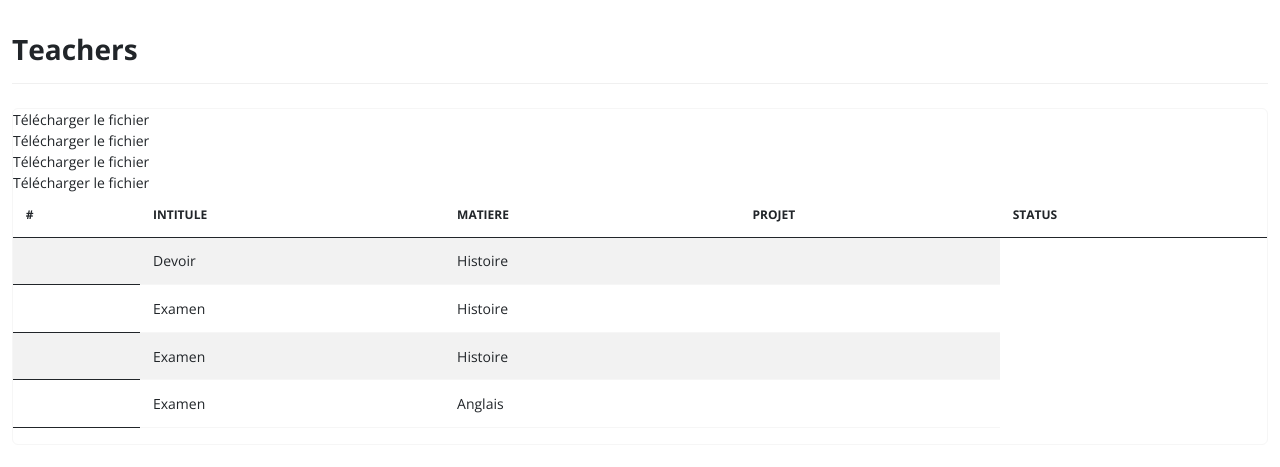
Repository: dimitri0004/Moodle
Page: http://localhost/enseignant/projet/
The author's editor kept a copy of each file at every save. The page is drawn from the files as they stood at one save, then again after the next save.
The browser window is 1280 px wide. The pictures show the whole page.
The page is served by the project's application, run on Django 4.2 (manage.py). Other server files are loaded and not shown. The database holds what the project's SQL file puts in it.

Above is the page before, as saved 2023-08-18 00:48:07.
Console error: TypeError: Cannot set properties of null (setting 'innerHTML')

### templates/Enseignant/index.html
{% extends "base.html" %}
{% block content %}

<div class="body d-flex py-lg-3 py-md-2">
    <div class="container-xxl">
        <div class="row">
            <div class="col-md-12">
                <div class="card border-0 mb-4 no-bg">
                    <div class="card-header py-3 px-0 d-flex align-items-center  justify-content-between border-bottom">
                        <h3 class=" fw-bold flex-fill mb-0">Teachers</h3>
                        <div class="dropdown px-2">
                            <button class="btn btn-primary dropdown-toggle" type="button" id="dropdownMenuButton1" data-bs-toggle="dropdown" aria-expanded="false">
                                Subject
                            </button>
                            <ul class="dropdown-menu  dropdown-menu-end" aria-labelledby="dropdownMenuButton1">
                              <li><a class="dropdown-item" href="#">Engineering</a></li>
                              <li><a class="dropdown-item" href="#">Power and Energy</a></li>
                              <li><a class="dropdown-item" href="#">Civil Law</a></li>
                              <li><a class="dropdown-item" href="#">Legal Advice</a></li>
                              <li><a class="dropdown-item" href="#">Health and Fitness</a></li>
                              <li><a class="dropdown-item" href="#">Hospitality</a></li>
                              <li><a class="dropdown-item" href="#">Aviation</a></li>
                              <li><a class="dropdown-item" href="#">Drawing</a></li>
                            </ul>
                        </div>
                        <div class="dropdown">
                            <button class="btn btn-primary dropdown-toggle" type="button" id="dropdownMenuButton2" data-bs-toggle="dropdown" aria-expanded="false">
                                Status
                            </button>
                            <ul class="dropdown-menu  dropdown-menu-end" aria-labelledby="dropdownMenuButton1">
                              <li><a class="dropdown-item" href="#">All</a></li>
                              <li><a class="dropdown-item" href="#">online</a></li>
                              <li><a class="dropdown-item" href="#">Popular</a></li>
                            </ul>
                        </div>
                    </div>
                </div>
            </div>
        </div>
        <div class="">
            <div class="col">
                <div class="card teacher-card">

                    <table class="table table-striped">
                        <thead>
                          <tr>
                            <th scope="col">#</th>
                            <th scope="col">Intitule</th>
                            <th scope="col">Matiere</th>
                            <th scope="col">Projet</th>
                            <th scope="col">Status</th>
                          </tr>
                        </thead>
                        <tbody>
                            {% for projet in Projets %}
                            <tr>
                                <th scope="row">{{ loop.index  }}</th>
                                <td>{{ projet.intitule }}</td>
                                <td>{{ projet.matiere }}</td>
                                <a href="{{ projet.fichier.url }}" download>Télécharger le fichier</a>
                                <td>{{ projet.status }}</td>
                              </tr>
                            {% endfor %}


                        </tbody>
                      </table>

            </div>
        </div>
    </div>
</div>

<!-- Modal Members-->
<div class="modal fade" id="addUser" tabindex="-1" aria-labelledby="addUserLabel" aria-hidden="true">
    <div class="modal-dialog modal-dialog-centered modal-lg">
    <div class="modal-content">
        <div class="modal-header">
            <h5 class="modal-title  fw-bold" id="addUserLabel">Invite Friend's</h5>
            <button type="button" class="btn-close" data-bs-dismiss="modal" aria-label="Close"></button>
        </div>
        <div class="modal-body">
            <div class="inviteby_email">
                <div class="input-group mb-3">
                    <input type="text" class="form-control" placeholder="Members Invite" aria-label="Recipient's username" aria-describedby="button-addon2">
                    <button class="btn btn-dark" type="button" id="button-addon2">Members Invite</button>
                </div>
            </div>
            <div class="members_list">
                <h6 class="fw-bold ">Members of e-Learn</h6>
                <ul class="list-unstyled list-group list-group-custom list-group-flush mb-0">

                </ul>
            </div>
        </div>
    </div>
    </div>
</div>

{% endblock %}

### templates/base.html
{% load static %}
<!DOCTYPE html>
<html lang="en">
<head>
    <meta charset="UTF-8">
    <meta name="viewport" content="width=device-width, initial-scale=1.0">
    <title>Document</title>

    <link rel="icon" href="favicon.ico" type="image/x-icon"> <!-- Favicon-->

    <!-- plugin css file  -->
    <link rel="stylesheet" href="{% static 'assets/css/carousel.min.css' %}" />
    <!-- project css file  -->
    <link rel="stylesheet" href="{% static 'assets/css/e-learn.style.min.css' %}">
    <!-- Google Code  -->
    <script async src="https://www.googletagmanager.com/gtag/js?id=UA-264428387-1"></script>
    <script>
      window.dataLayer = window.dataLayer || [];
      function gtag(){dataLayer.push(arguments);}
      gtag('js', new Date());

      gtag('config', 'UA-264428387-1');
    </script>

    <script src="{% static 'assets/bundles/libscripts.bundle.js' %}"></script>

    <!-- Plugin Js-->
    <script src="{% static 'assets/bundles/carousel.bundle.js' %}"></script>
    <script src="{% static 'assets/bundles/apexcharts.bundle.js' %}"></script>

    <!-- Jquery Page Js -->
    <script src="{% static 'js/template.js' %}"></script>
    <script src="{% static 'js/page/elearn-index.js' %}"></script>
</head>
<body>
   {% if user.is_authenticated %}

    {% include "_partiels/nav.html" %}
   {% endif %}


    {% block content %}{% endblock %}
</body>
</html>

### AppEcole/models.py
from django.db import models
from django.contrib.auth.models import AbstractUser
class User(AbstractUser):
    ETUDIANT= " ETUDIANT"
    ENSEIGNANT="ENSEIGNANT"
    ADMINISTRATEUR=" ADMINISTRATEUR"

    ROLE_CHOICES = (
        ('ETUDIANT', 'Etudiant'),
        ('ENSEIGNANT', 'Enseignant'),
        ('ADMINISTRATEUR', 'Administrateur'),
    )

    role = models.CharField(max_length=30, choices=ROLE_CHOICES, verbose_name='Rôle')
    birthdate = models.DateField(null=True, blank=False)
    identifiant = models.CharField(max_length=20, null=True, blank=False)

    def __str__(self):
        return self.username

class Devoir(models.Model):

    STATUT_CHOICES = [
        ('en_cours', 'En cours'),
        ('soumis', 'Soumis'),
        ('corrigé', 'Corrige'),
        ('traité', 'Traite'),
        ('archivé', 'Archivé'),
    ]
    intitule=models.CharField(max_length=255)
    matiere=models.CharField(max_length=255)
    statut = models.CharField(max_length=20, choices=STATUT_CHOICES)
    projet = models.FileField(upload_to='projets')

    def __str__(self):
        return self.intitule


# Create your models here.

### AppEcole/views.py
from django.shortcuts import render,redirect
from django.core.validators import validate_email
from django.contrib.auth.models import User
from django.db.models import Q
from django.contrib.auth.decorators import login_required
from django.contrib.auth import authenticate, login, logout
from .forms import ProjetForm
from django.contrib.auth import get_user_model
from .models import Devoir

def index(request):
    return render(request,'index.html')

def inscription(request):
    error = False
    message = ""

    if request.method == "POST":
        username = request.POST.get('username')
        email = request.POST.get('email')
        nom = request.POST.get('nom')
        prenom = request.POST.get('prenom')
        password = request.POST.get('password')
        confirmePassword = request.POST.get('confirmePassword')
        role = request.POST.get('role')
        identifiant = request.POST.get('identifiant')
        date = request.POST.get('date')# Récupérer le rôle du formulaire

        try:
            validate_email(email)
        except:
            error = True
            message = "Entrer un email valide svp"

        User = get_user_model()  # Obtenir le modèle utilisateur personnalisé

        user = User.objects.filter(Q(email=email) | Q(username=username)).first()
        if user:
            error = True
            message = f"L'email {email} ou le nom d'utilisateur {nom} est déjà utilisé par un utilisateur"

        if password != confirmePassword:
            error = True
            message = "Les deux mots de passe ne sont pas identiques"

        if error == False:
            user = User(

                username=username,
                email=email,
                last_name=nom,
                first_name=prenom,
                identifiant=identifiant,
                role=role,
                birthdate=date# Enregistrer le rôle dans le modèle
            )
            user.set_password(password)
            user.save()
            return redirect('acceuil')

    context = {
        'error': error,
        'message': message
    }
    return render(request, 'Utilisateur/inscription.html', context)

def connexion(request):
    error=False
    message=""
    if request.method=="POST":

        email=request.POST.get('email', None)
        password=request.POST.get('password', None)

        User = get_user_model()
        user=User.objects.filter(email=email).first()
        if user:
            user=authenticate(username=user.username, password=password)
            if user:
                login(request, user)
                return redirect('acceuil')
            else:
                error=True
                message="mot de passe  incorrecte"
        else:
            error=True
            message="l'utilisateur n'existe pas"
    return render(request, 'Utilisateur/connexion.html', {'error':error, 'message':message})

def ajouter_projet(request):
    if request.method == 'POST':
        form = ProjetForm(request.POST, request.FILES)
        if form.is_valid():
            form.save()
            return redirect('ajouter_projet')  # Rediriger vers la liste des projets
    else:
        form = ProjetForm()

    context = {'form': form}
    return render(request, 'Enseignant/projet.html', context)

def liste_projets(request):
    projets = Devoir.objects.all()
    return render(request, 'Enseignant/index.html', {'Projets': projets})


def deconnexion(request):
    logout(request)
    return redirect('login')
# Create your views here.

### MoodleProject/urls.py
"""
URL configuration for MoodleProject project.

The `urlpatterns` list routes URLs to views. For more information please see:
    https://docs.djangoproject.com/en/4.2/topics/http/urls/
Examples:
Function views
    1. Add an import:  from my_app import views
    2. Add a URL to urlpatterns:  path('', views.home, name='home')
Class-based views
    1. Add an import:  from other_app.views import Home
    2. Add a URL to urlpatterns:  path('', Home.as_view(), name='home')
Including another URLconf
    1. Import the include() function: from django.urls import include, path
    2. Add a URL to urlpatterns:  path('blog/', include('blog.urls'))
"""
from django.contrib import admin
from django.urls import path,include
from django.conf import settings
from django.conf.urls.static import static


urlpatterns = [
    path('admin/', admin.site.urls),
    path('', include('AppEcole.urls')),
]
if settings.DEBUG:
    urlpatterns += static(settings.MEDIA_URL,
    document_root=settings.MEDIA_ROOT)

### AppEcole/urls.py
from django.urls import path
from .views import index, inscription, connexion,ajouter_projet,deconnexion,liste_projets
urlpatterns = [
    path('acceuil', index, name='acceuil'),
    path('inscription/', inscription, name='register'),
    path('', connexion, name='login'),
    path('deconnexion/', deconnexion, name='logout'),
    path('enseignant/projet/ajouter', ajouter_projet, name='ajouter_projet'),
    path('enseignant/projet/', liste_projets, name='liste_projet'),


]

### static/assets/css/carousel.min.css
.owl-carousel,.owl-carousel .owl-item{-webkit-tap-highlight-color:transparent;position:relative}.owl-carousel{display:none;width:100%;z-index:1}.owl-carousel .owl-stage{position:relative;-ms-touch-action:pan-Y;-moz-backface-visibility:hidden}.owl-carousel .owl-stage:after{content:".";display:block;clear:both;visibility:hidden;line-height:0;height:0}.owl-carousel .owl-stage-outer{position:relative;overflow:hidden;-webkit-transform:translate3d(0, 0, 0)}.owl-carousel .owl-item,.owl-carousel .owl-wrapper{-webkit-backface-visibility:hidden;-moz-backface-visibility:hidden;-ms-backface-visibility:hidden;-webkit-transform:translate3d(0, 0, 0);-moz-transform:translate3d(0, 0, 0);-ms-transform:translate3d(0, 0, 0)}.owl-carousel .owl-item{min-height:1px;float:left;-webkit-backface-visibility:hidden;-webkit-touch-callout:none}.owl-carousel .owl-item img{display:block;width:100%}.owl-carousel .owl-dots.disabled,.owl-carousel .owl-nav.disabled{display:none}.no-js .owl-carousel,.owl-carousel.owl-loaded{display:block}.owl-carousel .owl-dot,.owl-carousel .owl-nav .owl-next,.owl-carousel .owl-nav .owl-prev{cursor:pointer;cursor:hand;-webkit-user-select:none;-khtml-user-select:none;-moz-user-select:none;-ms-user-select:none;user-select:none}.owl-carousel.owl-loading{opacity:0;display:block}.owl-carousel.owl-hidden{opacity:0}.owl-carousel.owl-refresh .owl-item{visibility:hidden}.owl-carousel.owl-drag .owl-item{-webkit-user-select:none;-moz-user-select:none;-ms-user-select:none;user-select:none}.owl-carousel.owl-grab{cursor:move;cursor:grab}.owl-carousel.owl-rtl{direction:rtl}.owl-carousel.owl-rtl .owl-item{float:right}.owl-carousel .animated{animation-duration:1s;animation-fill-mode:both}.owl-carousel .owl-animated-in{z-index:0}.owl-carousel .owl-animated-out{z-index:1}.owl-carousel .fadeOut{animation-name:fadeOut}@keyframes fadeOut{0%{opacity:1}100%{opacity:0}}.owl-height{transition:height .5s ease-in-out}.owl-carousel .owl-item .owl-lazy{opacity:0;transition:opacity .4s ease}.owl-carousel .owl-item img.owl-lazy{transform-style:preserve-3d}.owl-carousel .owl-video-wrapper{position:relative;height:100%;background:#000}.owl-carousel .owl-video-play-icon{position:absolute;height:80px;width:80px;left:50%;top:50%;margin-left:-40px;margin-top:-40px;background:url(owl.video.play.html) no-repeat;cursor:pointer;z-index:1;-webkit-backface-visibility:hidden;transition:transform .1s ease}.owl-carousel .owl-video-play-icon:hover{-ms-transform:scale(1.3, 1.3);transform:scale(1.3, 1.3)}.owl-carousel .owl-video-playing .owl-video-play-icon,.owl-carousel .owl-video-playing .owl-video-tn{display:none}.owl-carousel .owl-video-tn{opacity:0;height:100%;background-position:center center;background-repeat:no-repeat;background-size:contain;transition:opacity .4s ease}.owl-carousel .owl-video-frame{position:relative;z-index:1;height:100%;width:100%}

### static/js/template.js
if (typeof jQuery === "undefined") {
    throw new Error("jQuery plugins need to be before this file");
}

$(function() {
    "use strict";

    // main sidebar toggle js
    $('.menu-toggle').on('click', function () {
        $('.sidebar').toggleClass('open');
        $('.open').removeClass('sidebar-mini');
    });

    // layout a sidebar mini version
    $('.sidebar-mini-btn').on('click', function () {
        $('.sidebar').toggleClass('sidebar-mini');
        $('.sidebar-mini').removeClass('open');
    });

    // chat page chatlist toggle js
    $('.chatlist-toggle').on('click', function () {
        $('.card-chat').toggleClass('open');
    });

    $(".theme-rtl input").on('change',function() {
        if(this.checked) {
            $("body").addClass('rtl_mode');
        }else{
            $("body").removeClass('rtl_mode');
        }

    });

    // cSidebar overflow daynamic height

    overFlowDynamic();

    $(window).resize(function(){
        overFlowDynamic();
    });

    function overFlowDynamic(){
        var sideheight=$(".sidebar.sidebar-mini").height() + 48;

        if(sideheight <= 760) {
            $(".sidebar.sidebar-mini").css( "overflow", "scroll");
        }
        else{
            $(".sidebar.sidebar-mini").css( "overflow", "visible");
        }
    }


    // Dropdown scroll hide using table responsive

    $('.table-responsive').on('show.bs.dropdown', function () {
        $('.table-responsive').css( "overflow", "inherit" );
    });

    $('.table-responsive').on('hide.bs.dropdown', function () {
            $('.table-responsive').css( "overflow", "auto" );
    })

    // light and dark theme setting js
    var toggleSwitch = document.querySelector('.theme-switch input[type="checkbox"]');
    var toggleHcSwitch = document.querySelector('.theme-high-contrast input[type="checkbox"]');
    var currentTheme = localStorage.getItem('theme');
    if (currentTheme) {
        document.documentElement.setAttribute('data-theme', currentTheme);

        if (currentTheme === 'dark') {
            toggleSwitch.checked = true;
        }
        if (currentTheme === 'high-contrast') {
            toggleHcSwitch.checked = true;
            toggleSwitch.checked = false;
        }
    }
    function switchTheme(e) {
        if (e.target.checked) {
            document.documentElement.setAttribute('data-theme', 'dark');
            localStorage.setItem('theme', 'dark');
            $('.theme-high-contrast input[type="checkbox"]').prop("checked", false);
        }
        else {
            document.documentElement.setAttribute('data-theme', 'light');
            localStorage.setItem('theme', 'light');
        }
    }
    toggleSwitch.addEventListener('change', switchTheme, false);
    // end
});

// live support team js
$(function() {
    "use strict";
    var Tawk_API=Tawk_API||{}, Tawk_LoadStart=new Date();
    (function(){
        var s1=document.createElement("script"),s0=document.getElementsByTagName("script")[0];
        s1.async=true;
        s1.src='https://embed.tawk.to/6051a040f7ce18270930e55a/1f0vdjvfu';
        s1.charset='UTF-8';
        s1.setAttribute('crossorigin','*');
        s0.parentNode.insertBefore(s1,s0);
    })();
});

### static/js/page/elearn-index.js
if (typeof jQuery === "undefined") {
    throw new Error("jQuery plugins need to be before this file");
}
$(function() {
    "use strict";
    var tooltipTriggerList = [].slice.call(document.querySelectorAll('[data-bs-toggle="tooltip"]'))
    var tooltipList = tooltipTriggerList.map(function (tooltipTriggerEl) {
        return new bootstrap.Tooltip(tooltipTriggerEl)
    })

    /*****Owl Slider************/
    $(document).ready(function(){
        $('.owl-carouselone').owlCarousel({
            stagePadding: 30,
            loop:true,
            margin:10,
            nav:true,
            navText: ["<img src='../dist/assets/images/stylish-left.png'>","<img src='../dist/assets/images/stylish-right.png'>"],
            responsive:{
                0:{
                    items:1
                },
                480:{
                    items:3
                },
                600:{
                    items:3
                },
                740:{
                    items:6
                },
                1000:{
                    items:2
                },
                1100:{
                    items:3
                },
                1400:{
                    items:3
                },
                1500:{
                    items:4
                }
            }
        })

        $('.owl-carouseltwo').owlCarousel({
            loop:true,
            margin:5,
            autoplay:true,
            autoplayTimeout:4000,
            autoplayHoverPause:true,
            responsive:{
                0:{
                    items:1
                },
                480:{
                    items:1
                },
                600:{
                    items:1
                },
                1000:{
                    items:2
                },
                1100:{
                    items:2
                },
                1400:{
                    items:3
                }
            }
        })
    });

    // basic-column
    $(document).ready(function() {
        var options = {
            chart: {
                height: 350,
                type: 'bar',
            },
            colors: ['var(--chart-color1)', 'var(--chart-color2)', 'var(--chart-color4)'],
            plotOptions: {
                bar: {
                    horizontal: false,
                    columnWidth: '55%',
                    endingShape: 'rounded'
                },
            },
            dataLabels: {
                enabled: false
            },
            stroke: {
                show: true,
                width: 2,
                colors: ['transparent']
            },
            series: [{
                name: 'Listening',
                data: [44, 55, 57, 56, 61, 58, 63, 60, 66]
            }, {
                name: 'Writing',
                data: [76, 85, 101, 98, 87, 105, 91, 114, 94]
            }, {
                name: 'Video View',
                data: [35, 41, 36, 26, 45, 48, 52, 53, 41]
            }],
            xaxis: {
                categories: ['Feb', 'Mar', 'Apr', 'May', 'Jun', 'Jul', 'Aug', 'Sep', 'Oct'],
            },
            yaxis: {
                title: {
                    text: ''
                }
            },
            fill: {
                opacity: 1

            },
            tooltip: {
                y: {
                    formatter: function (val) {
                        return "$ " + val + " thousands"
                    }
                }
            }
        }

        var chart = new ApexCharts(
            document.querySelector("#apex-basic-column"),
            options
        );

        chart.render();
    });


});
/*****digital-clock************/
function date_time(id){
    date = new Date;
    h = date.getHours();
    if(h<10)
    {
            h = "0"+h;
    }
    m = date.getMinutes();
    if(m<10)
    {
            m = "0"+m;
    }
    s = date.getSeconds();
    if(s<10)
    {
            s = "0"+s;
    }
    document.getElementById("s").innerHTML = ''+s;
    document.getElementById("m").innerHTML = ''+m;
    document.getElementById("h").innerHTML = ''+h;
    setTimeout('date_time("'+"s"+'");','1000');
    return true;
}
window.onload = date_time('s');

### moodle.sql (the tables this page reads)
CREATE TABLE `appecole_devoir` (
  `id` bigint(20) NOT NULL,
  `intitule` varchar(255) NOT NULL,
  `matiere` varchar(255) NOT NULL,
  `statut` varchar(20) NOT NULL,
  `projet` varchar(100) NOT NULL
) ENGINE=InnoDB DEFAULT CHARSET=utf8mb4;

INSERT INTO `appecole_devoir` (`id`, `intitule`, `matiere`, `statut`, `projet`) VALUES
(3, 'Devoir', 'Histoire', 'soumis', 'projets/api.txt'),
(5, 'Examen', 'Histoire', 'archivé', 'projets/rose_oPjV7Xt.xlsx'),
(6, 'Examen', 'Histoire', 'corrigé', 'projets/wordpress.txt'),
(7, 'Examen', 'Anglais', 'en_cours', 'projets/9ddd859d-fb28-4d27-b879-5b210936f2cb.jpg');

ALTER TABLE `appecole_devoir`
  ADD PRIMARY KEY (`id`);

ALTER TABLE `appecole_devoir`
  MODIFY `id` bigint(20) NOT NULL AUTO_INCREMENT, AUTO_INCREMENT=8;

Loaded but not shown: static/assets/css/e-learn.style.min.css (library); static/assets/bundles/libscripts.bundle.js (library); static/assets/bundles/carousel.bundle.js (library); static/assets/bundles/apexcharts.bundle.js (library)

After the next save:
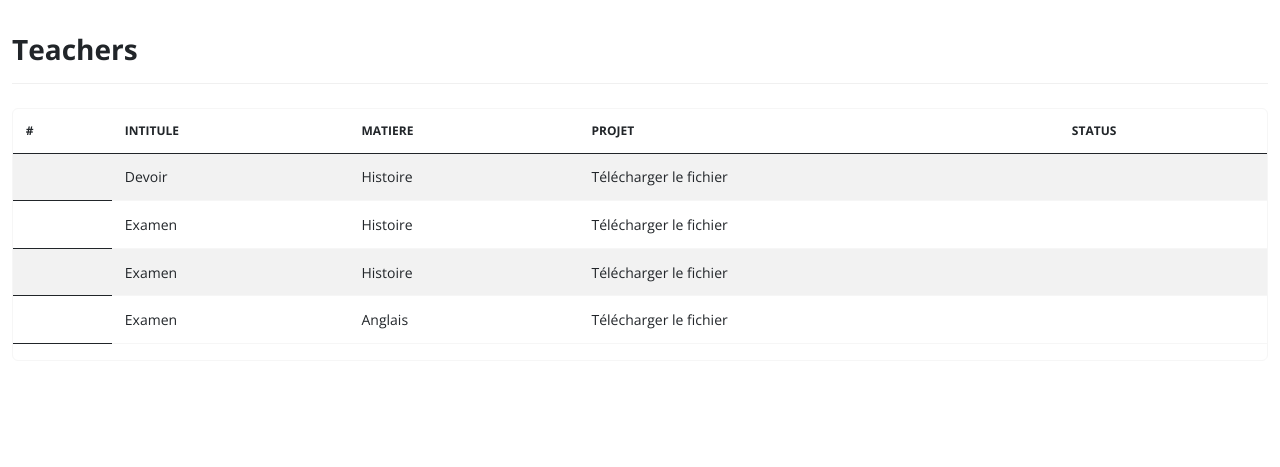
Saved 45 s later.
--- a/templates/Enseignant/index.html
+++ b/templates/Enseignant/index.html
@@ -57,7 +57,7 @@
                                 <th scope="row">{{ loop.index  }}</th>
                                 <td>{{ projet.intitule }}</td>
                                 <td>{{ projet.matiere }}</td>
-                                <a href="{{ projet.fichier.url }}" download>Télécharger le fichier</a>
+                                <td><a href="{{ projet.fichier.url }}" download>Télécharger le fichier</a>
                                 <td>{{ projet.status }}</td>
                               </tr>
                             {% endfor %}
